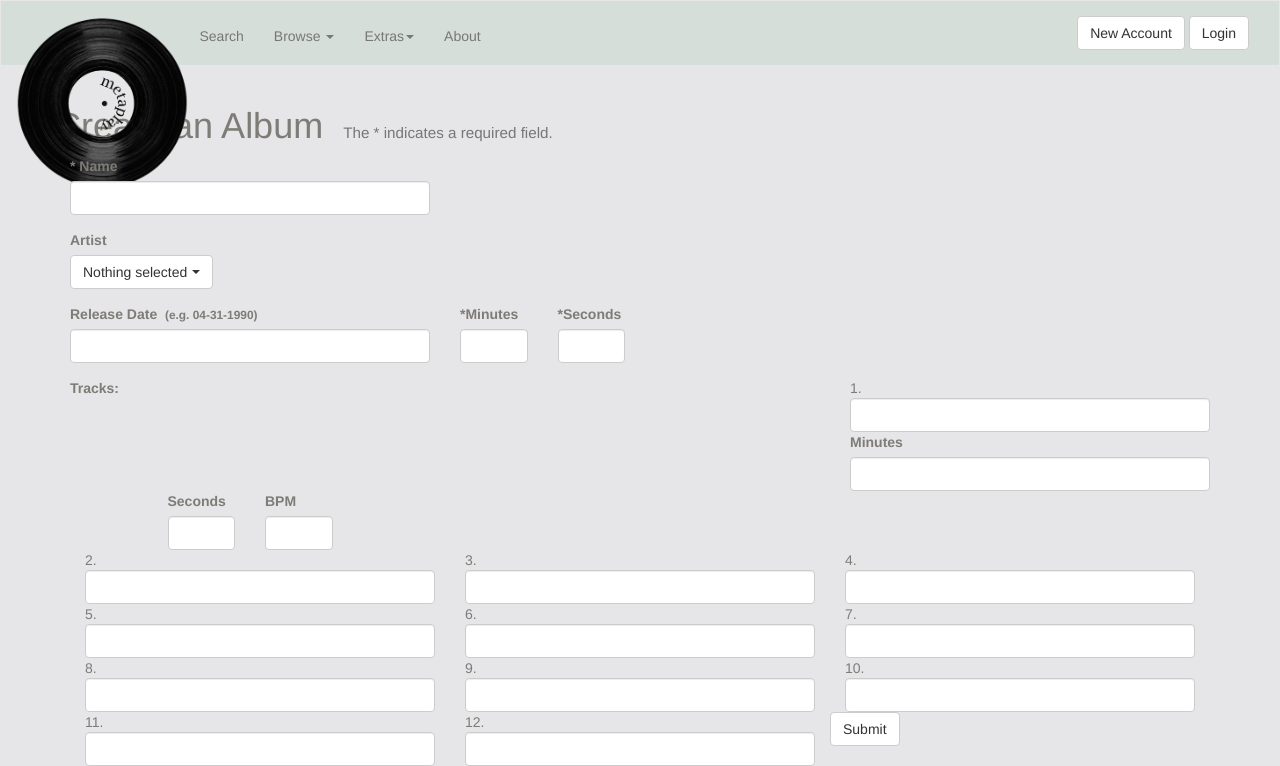
Repository: dRiott/Metaplay
Page: http://localhost/metaplay/WEB-INF/views/album_add.jsp
An editor plug-in stored every save of this project. The page is shown before and after the next save, followed by the edit.
The browser window is 1280 px wide. The pictures show the whole page.
Some web libraries are served in a nearby version. The page is served by Tomcat 9. Nobody is signed in. Other server files are loaded and not shown. The template is opened directly, without the code that normally fills it, so the values that code supplies are empty.

Above is the page before, as saved 2015-09-29 20:49:36.
Console error: TypeError: Cannot set properties of null (setting 'value')

### metaplay/src/main/webapp/WEB-INF/views/album_add.jsp
<%@ page language="java" contentType="text/html; charset=ISO-8859-1"
	pageEncoding="ISO-8859-1"%>
<%@ taglib uri="http://www.springframework.org/tags" prefix="spring"%>
<%@ taglib uri="http://www.springframework.org/tags/form" prefix="form"%>
<%@ taglib prefix="c" uri="http://java.sun.com/jsp/jstl/core"%>

<!DOCTYPE html>
<html>
<head>
<meta http-equiv="Content-Type" content="text/html; charset=ISO-8859-1">
<title>Album Manager</title>

<link rel="stylesheet" href="https://maxcdn.bootstrapcdn.com/bootstrap/3.3.4/css/bootstrap.min.css">
<link rel="stylesheet" href="<spring:url value="/resources/css/home.css"/>" type="text/css" />
<link rel="stylesheet" href="<spring:url value="/resources/css/bootstrap-select.min.css"/>" type="text/css" />
<script src="https://ajax.googleapis.com/ajax/libs/jquery/1.11.2/jquery.min.js"></script>
<script src="https://maxcdn.bootstrapcdn.com/bootstrap/3.3.4/js/bootstrap.min.js"></script>
<script src="<spring:url value="/resources/js/bootstrap-select.min.js"/>"></script>

</head>
<body>

	<jsp:include page="../views/fragments/landingPageFragment.jsp"></jsp:include>

	<div class="container">

		<div class="row">
			<h1>Create an Album&nbsp&nbsp<small><small>The * indicates a required field.</small></small></h1>
		</div>

		<spring:url value="/album/review" var="thisFormURL" />
		<form:form action="${thisFormURL}" method="post" modelAttribute="createAlbumWrapper" onsubmit="return validate(this);">
		<form:errors path="*" element="div" cssClass="errors"/>
	        	<div class="form-group">
					<div class="row">
						<div class="col-md-4">
							<label for="albumName">* Name</label>
							<form:input type="text" path="name" id="albumName" cssClass="form-control" cssErrorClass="has-error"/>
						</div>
					</div>
					<div class="form-group" style="float:clear;"></div>

						<!-- BEGIN Artist -->
					<div class="row">
						<div class="col-md-1">
							<label for="albumArtistName">Artist</label>
							<form:select path="artistFromList" cssClass="selectpicker" id="albumArtistName" >
								<form:options items="${artistOptions}" />
							</form:select>
						</div>
					</div>
					<div class="form-group" style="float:clear;"></div>
					<div class="form-group" id="newAlbumArtistName" style="display:none;">
						<hr/>
						<label for="newAlbumArtistName" style="font-style:italic;">New Artist:</label>
						<form:input cssClass="form-control" type="text" path="theNewArtist" id="newAlbumArtistNameInput" cssErrorClass="has-error" />
					<div class="form-group" style="float:clear;"></div>
						<label for="newAlbumArtistButton" style="font-style:italic;">Or...</label>
						<a href="<spring:url value="/artist/add"/>" class="btn btn-default">Go To Add Artist Page</a>
						<hr/>
					</div>
					<!-- END Artist -->

					<div class="form-group" style="float:clear;"></div>

					<div class="row">
						<div class="col-md-4">
							<label for="albumReleaseDate">Release Date&nbsp&nbsp<small>(e.g. 04-31-1990)</small></label>
							<form:input path="releaseDate" cssClass="form-control"
								id="albumReleaseDate" />
						</div>

						<div class="col-md-1">
							<label for="albumLengthMinutes">*Minutes</label>
							<form:input path="lengthMinutes" id="albumLengthSeconds"  cssClass="form-control"/>
						</div>

						<div class="col-md-1">
							<label for="albumLengthSeconds">*Seconds</label>
							<form:input path="lengthSeconds" id="albumLengthSeconds" cssClass="form-control"/>
						</div>
					</div>

					<div class="form-group" style="float:clear;"></div>

					<div class="row">
						<div class="col-md-8">
							<label for="albumTrack">Tracks: </label>
						</div>

						<div class="col-md-4">
							<span>1. </span>
							<form:input path="tracks[0].name" cssClass="form-control" id="albumTrack1" />
							<label for="trackLengthMinutes">Minutes</label>
							<form:input path="tracks[0].minutes" id="trackLengthMinutes"  cssClass="form-control"/>
						</div>
						<div class="col-md-1">
						</div>

						<div class="col-md-1">
							<label for="trackLengthSeconds">Seconds</label>
							<form:input path="tracks[0].seconds" id="trackLengthSeconds" cssClass="form-control"/>
						</div>
						<div class="col-md-1">
							<label for="trackBpm">BPM</label>
							<form:input path="tracks[0].bpm" cssClass="form-control" id="trackBpm" />
						</div>
						</div>
						<div class="col-md-4 showNextTrack">
							<span>2. </span>
							<form:input path="tracks[1].name" cssClass="form-control" id="albumTrack2" />
						</div>
						<div class="col-md-4 showNextTrack">
							<span>3. </span>
							<form:input path="tracks[2].name" cssClass="form-control" id="albumTrack3" />
						</div>
						<div class="col-md-4 showNextTrack">
							<span>4. </span>
							<form:input path="tracks[3].name" cssClass="form-control" id="albumTrack4" />
						</div>
						<div class="col-md-4">
							<span>5. </span>
							<form:input path="tracks[4].name" cssClass="form-control" id="albumTrack5" />
						</div>
						<div class="col-md-4">
							<span>6. </span>
							<form:input path="tracks[5].name" cssClass="form-control" id="albumTrack6" />
						</div>
						<div class="col-md-4">
							<span>7. </span>
							<form:input path="tracks[6].name" cssClass="form-control" id="albumTrack7" />
						</div>
						<div class="col-md-4 showNextTrack">
							<span>8. </span>
							<form:input path="tracks[7].name" cssClass="form-control" id="albumTrack8" />
						</div>
						<div class="col-md-4 showNextTrack">
							<span>9. </span>
							<form:input path="tracks[8].name" cssClass="form-control" id="albumTrack9" />
						</div>
						<div class="col-md-4 showNextTrack">
							<span>10. </span>
							<form:input path="tracks[9].name" cssClass="form-control" id="albumTrack10" />
						</div>
						<div class="col-md-4 showNextTrack">
							<span>11. </span>
							<form:input path="tracks[10].name" cssClass="form-control" id="albumTrack11" />
						</div>
						<div class="col-md-4" id="12">
							<span>12. </span>
							<form:input path="tracks[11].name" cssClass="form-control" id="albumTrack12" />
						</div>

						<div class="col-md-4" style="display:none;" id="13">
							<span>13. </span>
							<form:input path="tracks[12].name" cssClass="form-control" id="albumTrack13" />
						</div>
						<div class="col-md-4" style="display:none;" id="14">
							<span>14. </span>
							<form:input path="tracks[13].name" cssClass="form-control" id="albumTrack14" />
						</div>
						<div class="col-md-4" style="display:none;" id="15">
							<span>15. </span>
							<form:input path="tracks[14].name" cssClass="form-control" id="albumTrack15" />
						</div>
						<div class="col-md-4" style="display:none;" id="16">
							<span>16. </span>
							<form:input path="tracks[15].name" cssClass="form-control" id="albumTrack16" />
						</div>
						<div class="col-md-4" style="display:none;" id="17">
							<span>17. </span>
							<form:input path="tracks[16].name" cssClass="form-control" id="albumTrack17" />
						</div>
						<div class="col-md-4" style="display:none;" id="18">
							<span>18. </span>
							<form:input path="tracks[17].name" cssClass="form-control" id="albumTrack18" />
						</div>
						<div class="col-md-4" style="display:none;" id="19">
							<span>19. </span>
							<form:input path="tracks[18].name" cssClass="form-control" id="albumTrack19" />
						</div>
						<div class="col-md-4" style="display:none;" id="20">
							<span>20. </span>
							<form:input path="tracks[19].name" cssClass="form-control" id="albumTrack20" />
						</div>
						<div class="col-md-4" style="display:none;" id="21">
							<span>21. </span>
							<form:input path="tracks[20].name" cssClass="form-control" id="albumTrack21" />
						</div>
						<div class="col-md-4" style="display:none;" id="22">
							<span>22. </span>
							<form:input path="tracks[21].name" cssClass="form-control" id="albumTrack22" />
						</div>
						<div class="col-md-4" style="display:none;" id="23">
							<span>23. </span>
							<form:input path="tracks[22].name" cssClass="form-control" id="albumTrack23" />
						</div>
						<div class="col-md-4" style="display:none;" id="24">
							<span>24. </span>
							<form:input path="tracks[23].name" cssClass="form-control" id="albumTrack24" />
						</div>
						<div class="col-md-4" style="display:none;" id="25">
							<span>25. </span>
							<form:input path="tracks[24].name" cssClass="form-control" id="albumTrack25" />
						</div>
						<div class="col-md-4" style="display:none;" id="26">
							<span>26. </span>
							<form:input path="tracks[25].name" cssClass="form-control" id="albumTrack26" />
						</div>
						<div class="col-md-4" style="display:none;" id="27">
							<span>27. </span>
							<form:input path="tracks[26].name" cssClass="form-control" id="albumTrack27" />
						</div>
						<div class="col-md-4" style="display:none;" id="28">
							<span>28. </span>
							<form:input path="tracks[27].name" cssClass="form-control" id="albumTrack28" />
						</div>
						<div class="col-md-4" style="display:none;" id="29">
							<span>29. </span>
							<form:input path="tracks[28].name" cssClass="form-control" id="albumTrack29" />
						</div>
						<div class="col-md-4" style="display:none;" id="30">
							<span>30. </span>
							<form:input path="tracks[29].name" cssClass="form-control" id="albumTrack30" />
						</div>
					</div>

					<div class="form-group" style="float:clear;"></div>

					<button type="submit" class="btn btn-default">Submit</button>
				</div>
		</form:form>
	</div>

	<script src="<spring:url value="/resources/js/albumAddShowHide.js"/>"></script>

</body>
</html>

### metaplay/src/main/webapp/WEB-INF/views/fragments/landingPageFragment.jsp
<%@ taglib prefix="spring" uri="http://www.springframework.org/tags"%>
<%@ taglib prefix="c" uri="http://java.sun.com/jsp/jstl/core"%>
<%@ taglib uri="http://www.springframework.org/tags/form" prefix="form"%>

<nav class="navbar navbar-default">
	<div class="container-fluid drNavDiv">

		<!-- Logo -->
		<div class="imageLogoDiv" >
			<a class="navbar-brand" href="<spring:url value="/"/>">
				<img class="imageLogo logo" src="<spring:url value="/resources/img/vinylDark.gif" />" id="logo"	alt="logoDark.gif" style="width:auto\9"/>
				<img class="imageLogoLayer logo" src="<spring:url value="/resources/img/vinyl.gif" />" id="logoLightLayer" alt="logoLight.gif" style="width:auto\9"/>
			</a>
		</div>

		<!-- BEGIN HEADER LINKS -->
		<div class="DRnavBarDiv">
			<ul class="nav navbar-nav" style="padding-top: 10px;">

				<!-- Search -->
				<li><a id="searchLink" href="<spring:url value="/search"/>">Search</a></li>

				<!-- Browse -->
				<li class="dropdown"><a href="#" class="dropdown-toggle"
					data-toggle="dropdown" role="button" aria-expanded="false">Browse <span class="caret"></span></a>
					<ul class="dropdown-menu" role="menu">
						<li><a href="<spring:url value="/browse/accounts"/>">Accounts</a></li>
						<li><a href="<spring:url value="/browse/albums"/>">Albums</a></li>
						<li><a href="<spring:url value="/browse/artists"/>">Artists</a></li>
						<li><a href="<spring:url value="/browse/genres"/>">Genres</a></li>
						<li><a href="<spring:url value="/browse/locations"/>">Locations</a></li>
						<li><a href="<spring:url value="/browse/members"/>">Members</a></li>
						<li><a href="<spring:url value="/browse/playlists"/>">Playlists</a></li>
						<li><a href="<spring:url value="/browse/recordlabels"/>">Record Labels</a></li>
						<li><a href="<spring:url value="/browse/tracks"/>">Tracks</a></li>
					</ul>
				</li>

				<!-- More -->
				<li class="dropdown"><a href="#" class="dropdown-toggle"
					data-toggle="dropdown" role="button" aria-expanded="false">Extras<span class="caret"></span></a>
					<ul class="dropdown-menu" role="menu">
						<li><a href="<spring:url value="/payment/process"/>">Payment</a></li>
						<li><a href="<spring:url value="/role/add"/>">Roles</a></li>
					</ul>
				</li>

				<!-- About -->
				<li><a href="<spring:url value="/about"/>">About</a></li>

			</ul>
		</div>

		<!-- Accountname / New Account, Logout -->
		<c:set var="authentication" value="${pageContext.request.userPrincipal}"/>
		<c:choose>
			<c:when test="${authentication!=null}">
				<c:set var="currentUser" value="${authentication.name}"/>
				<c:url var="logoutUrl" value="/logout"/>
				<!-- Form MUST BE A POST TO PROTECT AGAINST CROSS-SITE REQUEST FORGERY -->
				<form:form class="navbar-form pull-right" action="${logoutUrl}" method="post">
					<input type="submit" class="btn btn-default drHeaderButton" value="Logout" />
				</form:form>
				<p class="navbar-text pull-right">
					<c:out value="${currentUser}"/>
				</p>
			</c:when>
			<c:otherwise>
				<p class="navbar-text pull-right">
					<c:url value="/account/add" var="accountAddUrl"/>
					<c:url value="/account/login" var="loginUrl"/>
					<a href="${accountAddUrl}" class="btn btn-default drHeaderButton">New Account</a>
					<a href="${loginUrl}" class="btn btn-default drHeaderButton">Login</a>
				</p>
			</c:otherwise>
		</c:choose>

	</div>
</nav>

### metaplay/src/main/webapp/resources/css/home.css
/**
The padding for the main containers are all set with javascript in footer.js based on the position of the Search nav item.
*/

html {
    /*prevents horizontal scrolling*/
    max-width: 100%;
    overflow-x: hidden;
}

body {
	background: #e6e5e7 fixed bottom right no-repeat;
	background-size: 500px Auto;
	font-family: Helvetica Neue, Helvetica, Arial, sans-serif;
    color: #7E7C77;

    /*prevents horizontal scrolling*/
    max-width: 100%;
    overflow-x: hidden;
}

audio {
    background-color: #EEEEEE;
}

/* hr elements appear on browsing pages, and occasionally add pages. */
hr {
    margin-left:0;
    width: 40%;
}

/* styling of the anchor tags */
a {
  text-decoration: inherit;
  font-style: inherit;
  color: #6c9985;
}

a:hover {
 text-decoration: underline;
 color: #618975;
}

/* a:visited {
	border: none;
	text-decoration: none;
	font-style: normal;
	color: #FC9D9A;
} */

/* e.g. on about.jsp */
a.mono {
    font-family: monospace, sans-serif;
    font-style: italic;
}

/* any input box -- set to change the shadow and border */
.form-control:focus {
  border-color: #99B2B7;
  box-shadow: inset 0 1px 1px rgba(0, 0, 0, 0.075), 0 0 8px rgba(153,178,183, 0.6);
}

/* h1 at the top of almost every page. */
.dH1 {
    font-family: Helvetica Neue, Helvetica, Arial, sans-serif;
    font-style: italic;
    color: #7E7C77;
    /* slategray; Pachyderm by Yasmino: #7A6A53 */
}

.drHeaderButton {
	/* css for the buttons in the header navbar*/
}

/* header nav bar! */
.drNavDiv {
	/*
	dark grey blue: C5E0DC
	grey green: #D5DED9
	bond: #D5DED9
	current fave: #C5E0DC
	*/
	background-color:#D5DED9;
	color: #948C75;
}

/* used for notifying the user of certain privileges they don't have if they're not logged in or have the right role. */
.drSecurity {
    font-family: monospace, sans-serif;
    font-style: italic;
    color: #7E7C77;
}


/* any span used for slight horizontal spacing */
.dSpan {
    padding-left: 10px;
}

/* spacing to clear left of the logo */
.DRnavBarDiv{
	padding-left: 13.5%;
}

/* div containing the logo */
.imageLogoDiv{
	display:block;
	clear:right;
}

/* logo itself: under-layer */
.imageLogo {
	width:13.5%;
	max-width:180px;
	position: absolute;
    clear: both;
   	height:auto;

    /* Spin only the record, not the glossy logoLayer.*/
	-webkit-animation:spin 4s linear infinite;
    -moz-animation:spin 4s linear infinite;
    animation:spin 4s linear infinite;
}

/* Spin the Logo! */
@-moz-keyframes spin { 100% { -moz-transform: rotate(360deg); } }
@-webkit-keyframes spin { 100% { -webkit-transform: rotate(360deg); } }
@keyframes spin { 100% { -webkit-transform: rotate(360deg); transform:rotate(360deg); } }

/* the lighter logo layer on top of the logo*/
.imageLogoLayer {
	width:13.5%;
	opacity: .4;
	max-width:180px;
    position: absolute;
    clear: both;
   	height:auto;
}

/* This class is added to tables that I wanted to not take up all of the page. Now, they look nicer. */
.browseTable {
	width: 80%;
}

/* This handles the ?error url param for incorrect account/password combinations,
	 and also #messageDiv on the single_playlist.jsp */
.error {
    font-family: monospace, sans-serif;
    font-style: italic;
    padding: 15px;
    margin-bottom: 20px;
    border: #ebccd1 1px solid;
    border-radius: 4px;
    color: #E08E79;
    background-color: #f2dede;
}

/* This handles the ?logout url param for the index page,
	and also #messageDiv on the single_playlist.jsp */
.msg {
	margin-left: 15px;
	padding: 15px;
	border: #b3bcba 1px solid;
	border-radius: 4px;
	color: #7E7C77;
	background-color: #D5DED9;
}

/* this class is added to the body of pages that need to have their positioning changed on page load.
	they are first repositioned as invisible to the page, then they are revealed (this class is removed) */
.delayedReveal {
    visibility: hidden;
}

/* override the default hightlight color */
::selection {
  background: #ffb7b7; /* WebKit/Blink Browsers */
}
::-moz-selection {
  background: #ffb7b7; /* Gecko Browsers */
}

### metaplay/src/main/webapp/resources/js/albumAddShowHide.js

$(document).ready(function () {

	//Artist Options "Other" Box Hide/Unhide
	var selectOtherAR = $("#albumArtistName");
	selectOtherAR.change(function(){
		var inputBoxAR = $("#newAlbumArtistName");
		var artistAddButton = $("#newAlbumArtistAddButton");
		if(selectOtherAR.val()=="** New Artist **") {
			inputBoxAR.show();
			artistAddButton.show();
		} else {
			inputBoxAR.hide();
			artistAddButton.hide();
		}
	});

	// new record label show/hide
	var selectOtherRL = $("#recordLabelName");
	selectOtherRL.change(function(){
		var inputBoxRL = $("#newRecordLabelName");
		var recordLabelLocationDiv = $("#newRecordLabelLocation");
		var hr1 = $("#recordLabelHr1");
		var hr2 = $("#recordLabelHr2");
		var newCountryDiv = $("#newCountryDiv");

		if(selectOtherRL.val()=="** New Record Label **") {
			inputBoxRL.show();
			recordLabelLocationDiv.show();
			hr1.show();
			hr2.show();
			newCountryDiv.show();
		} else {
			inputBoxRL.hide();
			recordLabelLocationDiv.hide();
			hr1.hide();
			hr2.hide();
			newCountryDiv.hide();
		}
	}); //end record label on change

	var rlCountries = $("#rlCountries");
	if(rlCountries.val()=="** New Country **") {
		console.log("new country");

	}

	rlCountries.change(function() {
		var newCountry = $("#rlCountry");
		var rlState = $("#rlState");
		var city = $("#recordLabelCity");

		if(rlCountries.val()=="United States") {
			rlState.show();
			newCountry.hide();
			city.attr("placeholder", "Birmingham");
		} else if (rlCountries.val()=="** New Country **") {
			city.focus();
			city.blur(function () {
				newCountry.focus()
			})

			rlState.hide();
			newCountry.attr("placeholder", "England");
			newCountry.show();
			city.attr("placeholder", "London");
		} else {
			rlState.hide();
			newCountry.hide();
		}
	});


	//gets rid of the Album Length zeros on load
	$("#albumMinutes").val("");
	$("#albumSeconds").val("");

	//gets rid of the zeros on load
	for(var i = 1; i<31; i++){
		var minutesId = "minutes" + i;
		var minutes = document.getElementById(minutesId);
		minutes.value = "";
		var secondsId = "seconds" + i;
		var seconds = document.getElementById(secondsId);
		seconds.value = "";
		var bpmId = "bpm" + i;
		var bpm = document.getElementById(bpmId);
		bpm.value = "";
	}

}); // end document.ready

//repopulates the zeros to prevent number format error
function ensureVoidsAreZeroes() {
	var bpms = $(".bpm");
	for(var i = 1; i<31; i++){
		var minutesId = "minutes" + i;
		var minutes = document.getElementById(minutesId);
		if(minutes.value == "") {
			minutes.value = 0;
		};
		var secondsId = "seconds" + i;
		var seconds = document.getElementById(secondsId);
		if(seconds.value == "") {
			seconds.value = 0;
		};
		var bpmId = "bpm" + i;
		var bpm = document.getElementById(bpmId);
		if(bpm.value == "") {
			bpm.value = 0;
		};
	}

	var albumMinutes = document.getElementById("albumMinutes");
	if(albumMinutes.value == "") {
		albumMinutes.value = 0;
	};
	var albumSeconds = document.getElementById("albumSeconds");
	if(albumSeconds.value == "") {
		albumSeconds.value = 0;
	};
}

//scrolls the window down as a new track is shown.
function reveal(id) {
	id += 1;
	element = document.getElementById(id);
	element.style.display="inline";
	if(id>2) {
//		window.scrollTo(0,document.body.scrollHeight);
		scrollToElement(element, 1000);
	}
}

var scrollToElement = function(element, ms){
    var speed = (ms) ? ms : 600;
    $('html,body').animate({
        scrollTop: $(element).offset().top
    }, speed);
}

// specify id of element and optional scroll speed as arguments

Loaded but not shown: metaplay/src/main/webapp/resources/css/bootstrap-select.min.css (library); metaplay/src/main/webapp/resources/js/bootstrap-select.min.js (library)

After the next save:
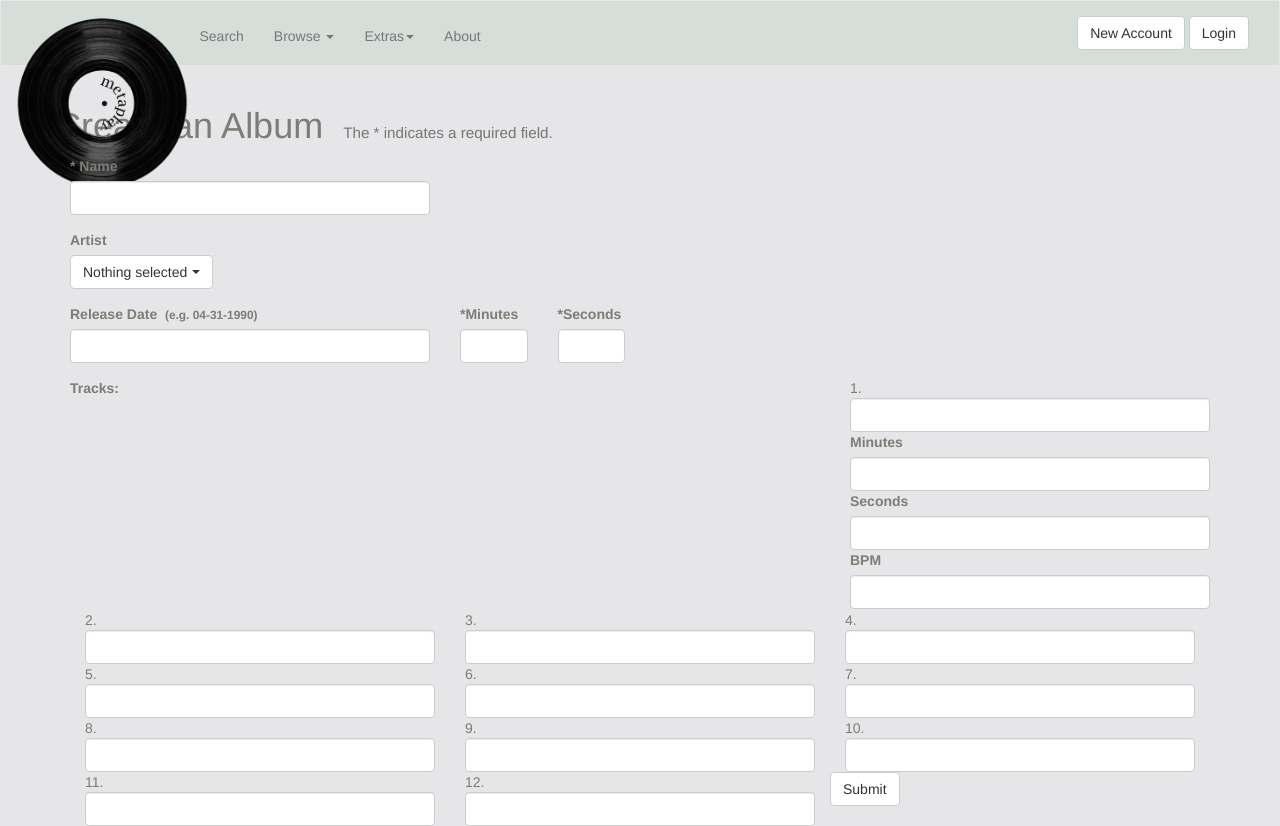
Saved 17 s later.
--- a/metaplay/src/main/webapp/WEB-INF/views/album_add.jsp
+++ b/metaplay/src/main/webapp/WEB-INF/views/album_add.jsp
@@ -93,17 +93,19 @@
 							<form:input path="tracks[0].name" cssClass="form-control" id="albumTrack1" />
 							<label for="trackLengthMinutes">Minutes</label>
 							<form:input path="tracks[0].minutes" id="trackLengthMinutes"  cssClass="form-control"/>
-						</div>
-						<div class="col-md-1">
-						</div>
-
-						<div class="col-md-1">
 							<label for="trackLengthSeconds">Seconds</label>
 							<form:input path="tracks[0].seconds" id="trackLengthSeconds" cssClass="form-control"/>
-						</div>
-						<div class="col-md-1">
 							<label for="trackBpm">BPM</label>
 							<form:input path="tracks[0].bpm" cssClass="form-control" id="trackBpm" />
+						</div>
+						<div class="col-md-1">
+						</div>
+
+						<div class="col-md-1">
+
+						</div>
+						<div class="col-md-1">
+
 						</div>
 						</div>
 						<div class="col-md-4 showNextTrack">
